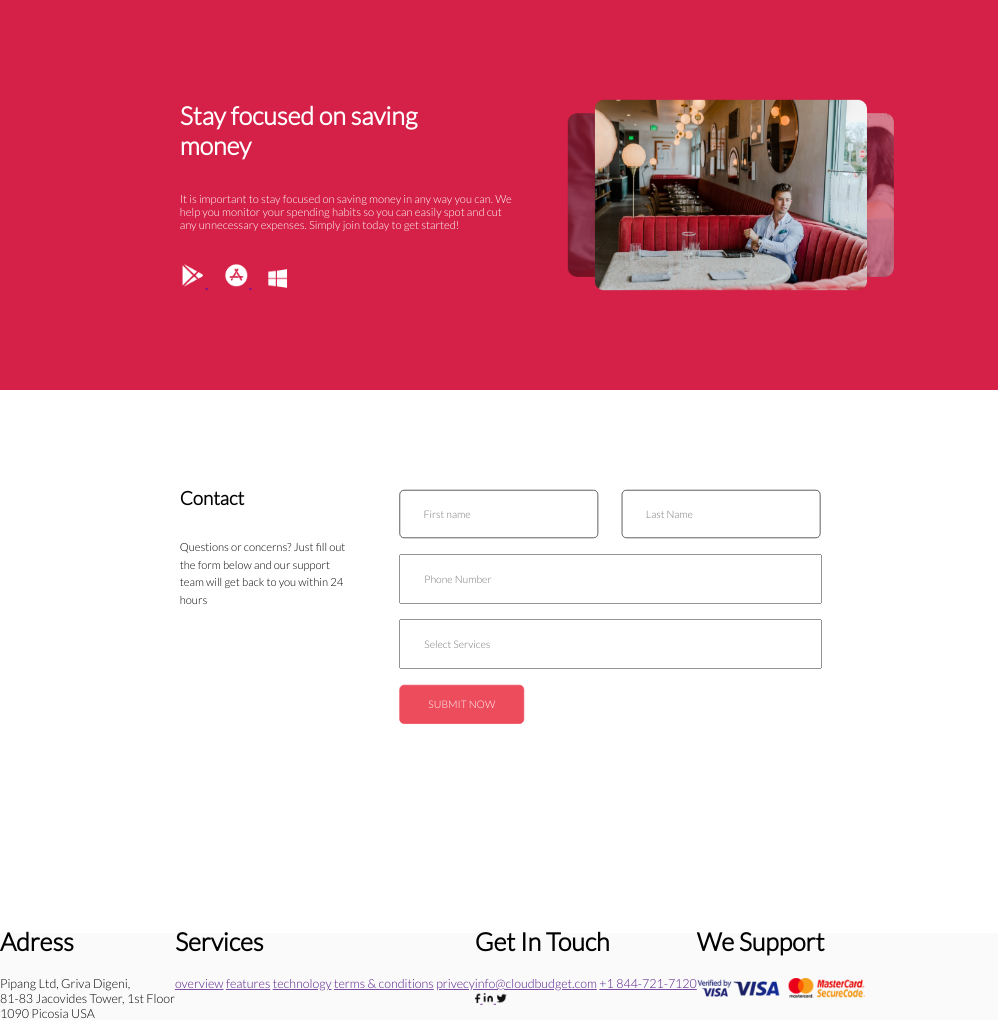
Repository: batonAnton/Cursor_lecture4
Page: index.html
These files come from the project's save history. The page is drawn as it stood at one moment and after the next save; the edit follows.
The browser window is 1280 px wide. The pictures show the whole page, at 78% of full size.

Above is the page before, as saved 2022-06-09 15:01:35.

### index.html
<!DOCTYPE html>
<html lang="en">
<head>
    <meta charset="UTF-8">
    <meta http-equiv="X-UA-Compatible" content="IE=edge">
    <meta name="viewport" content="width=device-width, initial-scale=1.0">
    <title>CloudBudget Freebie</title>
    <link rel="preconnect" href="https://fonts.googleapis.com">
    <link rel="preconnect" href="https://fonts.gstatic.com" crossorigin>
    <link href="https://fonts.googleapis.com/css2?family=Lato:wght@300&display=swap" rel="stylesheet">
    <link rel="stylesheet" href="css/style.css">
</head>
<body>
    <header>
        <div class="info-box">
            <h1>Stay focused on saving <br> money</h1>
            <p>It is important to stay focused on saving money in any way you can. We <br> help you monitor your spending habits so you can easily spot and cut <br> any unnecessary expenses. Simply join today to get started!</p>

            <div class="link_source">
                <a href="https://play.google.com/store/games?hl=uk&gl=US">
                    <img src="/image/icon/google_play.png" alt="icon-google">
                </a>
                <a href="https://www.apple.com/ua/app-store/">
                    <img src="/image/icon/apstore.png" alt="icon-apstore">
                </a>
                <a href="https://www.microsoft.com/uk-ua/software-download/windows10">
                    <img src="/image/icon/windows.png" alt="icon-windows">
                </a>
            </div>
        </div>

        <div class="big_img"></div>
    </header>

    <section>
        <div class="info-box">
            <h1>Contact</h1>
            <p>Questions or concerns? Just fill out the form below and our support <br> team will get back to you within 24 hours</p>
        </div>

        <div class="input-fields">
            <form>
                <div>
                    <input type="text" id="fname" placeholder="First name" name="fname">
                    <input type="text" id="lname" placeholder="Last Name" name="lname">
                </div>

                <input type="number" name="" id="number" placeholder="Phone Number">
                <input list="browsers" id="dropdown" placeholder="Select Services" name="service"> <br>
                <datalist id="browsers">
                    <option value="Service1">
                    <option value="Service2">
                    <option value="Service3">
                    <option value="Service4">
                    <option value="Service5">
                </datalist>
                <button>submit now</button>
              </form>
        </div>
    </section>

    <footer>
        <div class="all-block">
            <div class="adress-block">
                <h1>adress</h1>
                <p>
                    Pipang Ltd, Griva Digeni,<br>
                    81-83 Jacovides Tower, 1st Floor <br>
                    1090 Picosia USA
                </p>
            </div>

            <div class="services">
                <h1>services</h1>
                <a href="">overview</a>
                <a href="">features</a>
                <a href="">technology</a>
                <a href="">terms & conditions</a>
                <a href="">privecy</a>
            </div>

            <div class="link-social">
                <h1>Get in Touch</h1>
                <a href="">info@cloudbudget.com</a>
                <a href="">+1 844-721-7120</a>

                <div>
                    <a href="">
                        <img src="/image/footer/facebook.png" alt="facebook-link">
                    </a>

                    <a href="">
                        <img src="/image/footer/feather-linkedin.png" alt="linkdn">
                    </a>

                    <a href="">
                        <img src="/image/footer/tweeter.png" alt="tweeter-img">
                    </a>
                </div>
            </div>

            <div class="paymants">
                <h1>We Support</h1>
                <img src="/image/footer/secure-p-1 1.png" alt="img pay">
            </div>
        </div>

    </footer>
</body>
</html>

### css/style.css
* {
  font-family: "Lato", sans-serif;
  font-weight: 400;
  margin: 0;
  padding: 0;
  box-sizing: border-box;
}

h1{
  font-weight: 600;
}

header {
  width: 100%;
  height: 20%;
  padding: 10%;
  color: #ffffff;
  display: inline-flex;
  background-color: #d52047;
}

.info-box {
  width: 80%;
  margin-left: 10%;
}

.info-box p {
  width: 90%;
  margin: 40px 0;
  font-size: 0.9rem;
}

.link_source a {
  margin-left: -19px;
  padding: 0 20px;
}

.big_img {
  background-image: url("/image/Photo.png");
  width: 70%;
  background-repeat: no-repeat;
  background-position: center;
  background-size: contain;
}

/* Section */
section {
  color: #000000;
  display: inline-flex;
  padding: 10%;
  width: 100%;
  margin-bottom: 120px;
}

section .info-box {
  width: 80%;
  color:
  #000000;
  line-height: 140%;
}

section .info-box h1{
  font-weight: 600;
}

#fname,
#lname {
  width: 255px;
  height: 60px;
  border: 1px solid #333333;
  border-radius: 6px;
}



.input-fields input {
  width: 95%;
  height: 60px;
  padding: 30px;
}

form div {
  display: inline-flex;
}
form input,
button {
  margin-left: 30px;
  margin-bottom: 20px;
  /* margin: 0px 0px 30px 10px; */
}


.input-fields {
  margin-right: 100px;
}

button {
  background-color: #ed4c5c;
  color: #ffffff;
  width: 160px;
  height: 50px;
  border: 1.5px solid #ed4c5c;
  border-radius: 6px;
  text-transform: uppercase;
}


footer{
  background-color: #FAFAFA;
 margin:0px auto 0px auto;
}

.all-block{
  display: inline-flex;

}

footer h1{
  font-style: normal;
  font-weight: 700;
  line-height: 22px;
  text-transform: capitalize;
  margin-bottom: 33px;
}

After the next save:
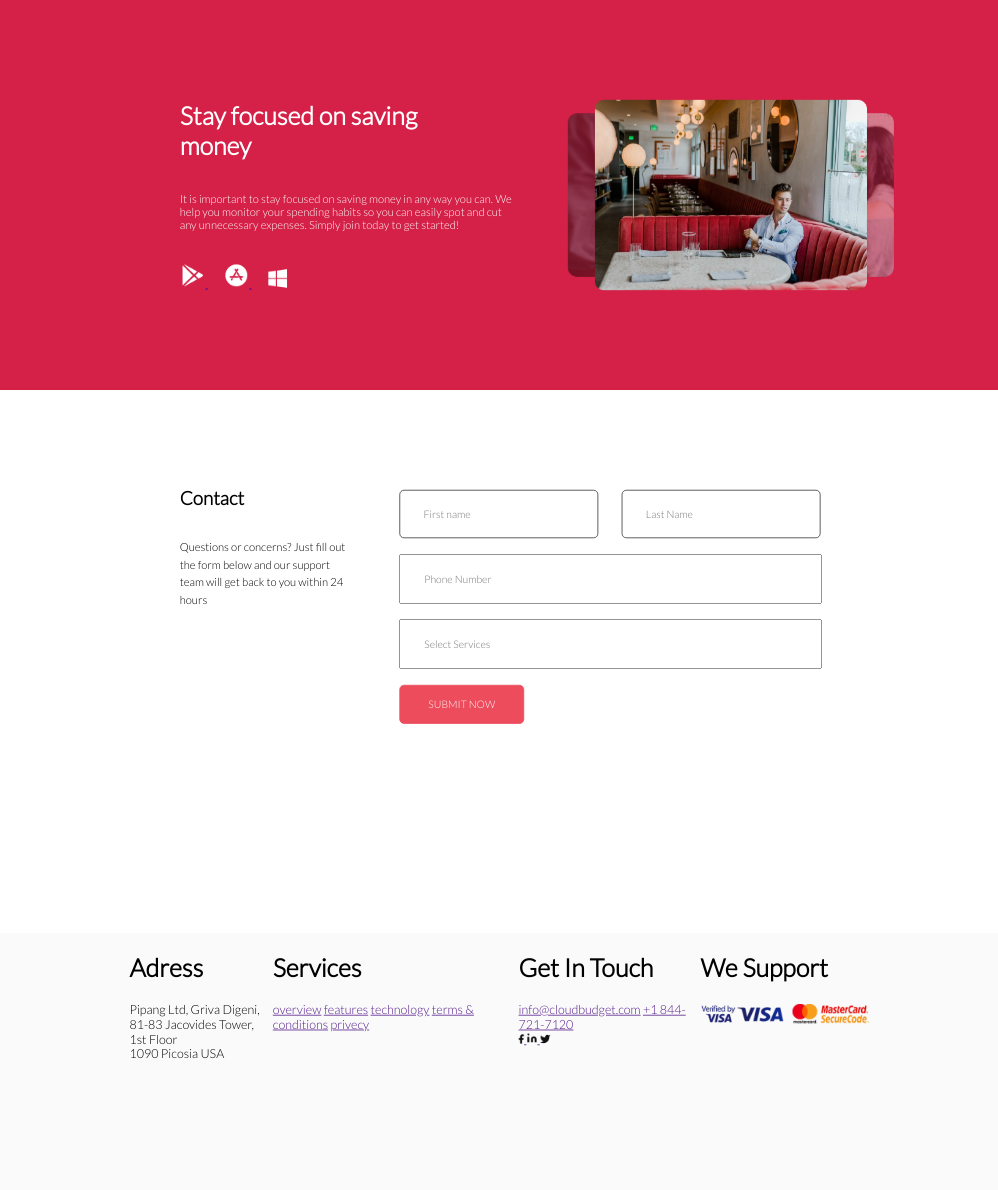
Saved 5 min 21 s later.
--- a/css/style.css
+++ b/css/style.css
@@ -112,6 +112,7 @@ footer{
 
 .all-block{
   display: inline-flex;
+  padding: 0 166px 166px 166px;
 
 }
 
@@ -121,4 +122,5 @@ footer h1{
   line-height: 22px;
   text-transform: capitalize;
   margin-bottom: 33px;
+  margin-top: 33px;
 }
